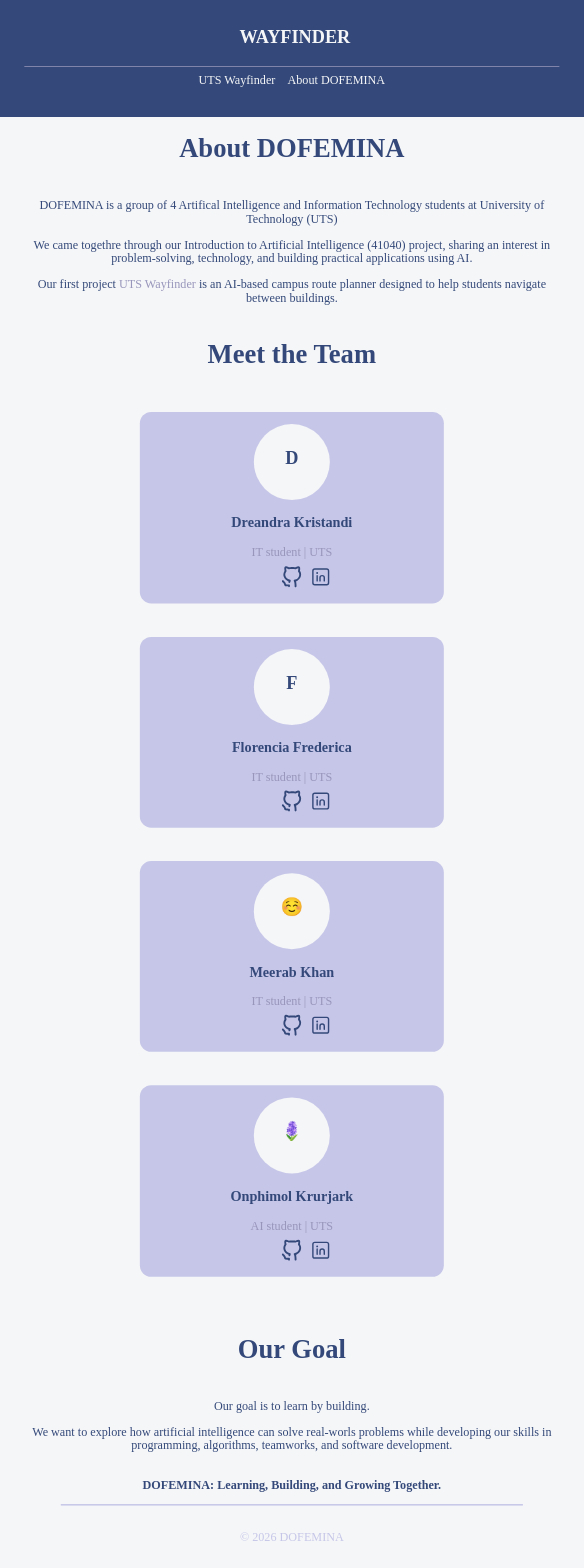
Repository: Meerab-K/uts-wayfinder
Page: html/about.html
An editor plug-in stored every save of this project. The page is shown before and after the next save, followed by the edit.
The browser window is 768 px wide. The pictures show the whole page, at 76% of full size.
Some web fonts or font styles are not loaded; a fallback is used.

Above is the page before, as saved 2026-10-19 21:45:23.

After the next save:
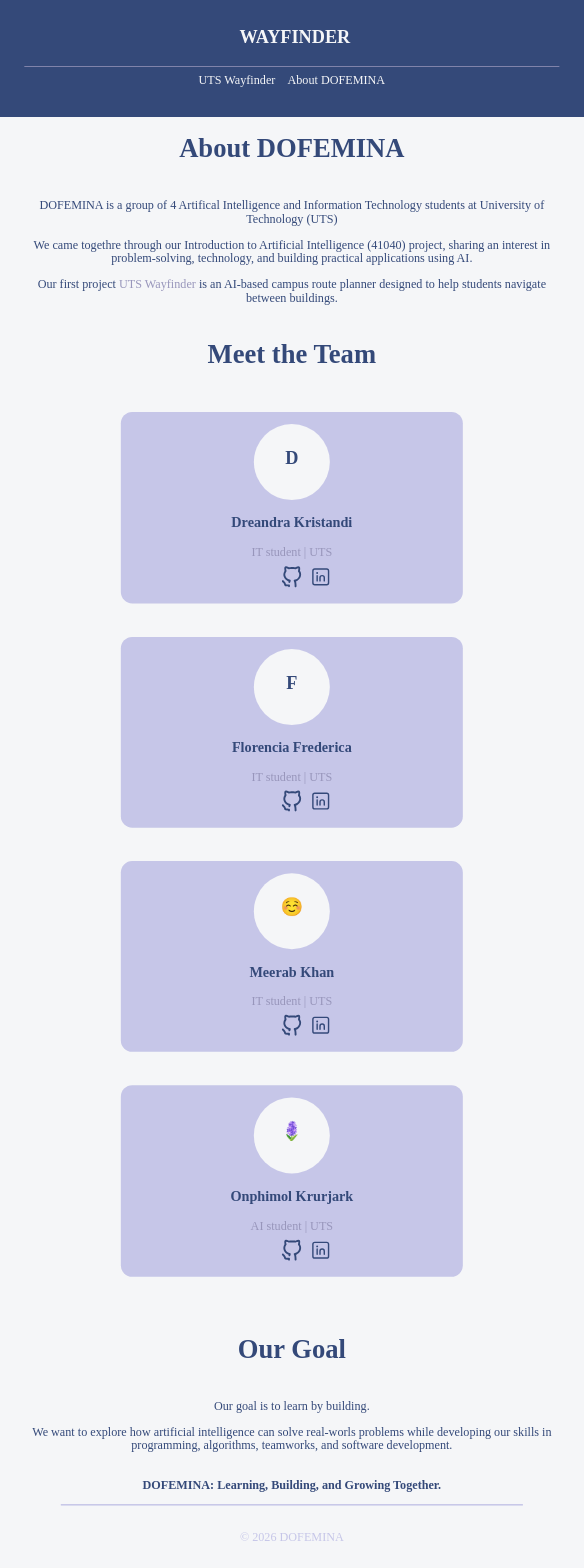
Saved 37 s later.
--- a/css/responsive.css
+++ b/css/responsive.css
@@ -42,7 +42,7 @@
 
     /*about.html*/
     .team-contact {
-        display: grid;
-        grid-template-columns: repeat(1, 400px);
+        grid-template-columns: 1fr;
+        max-width: 450px;
     }
 }
